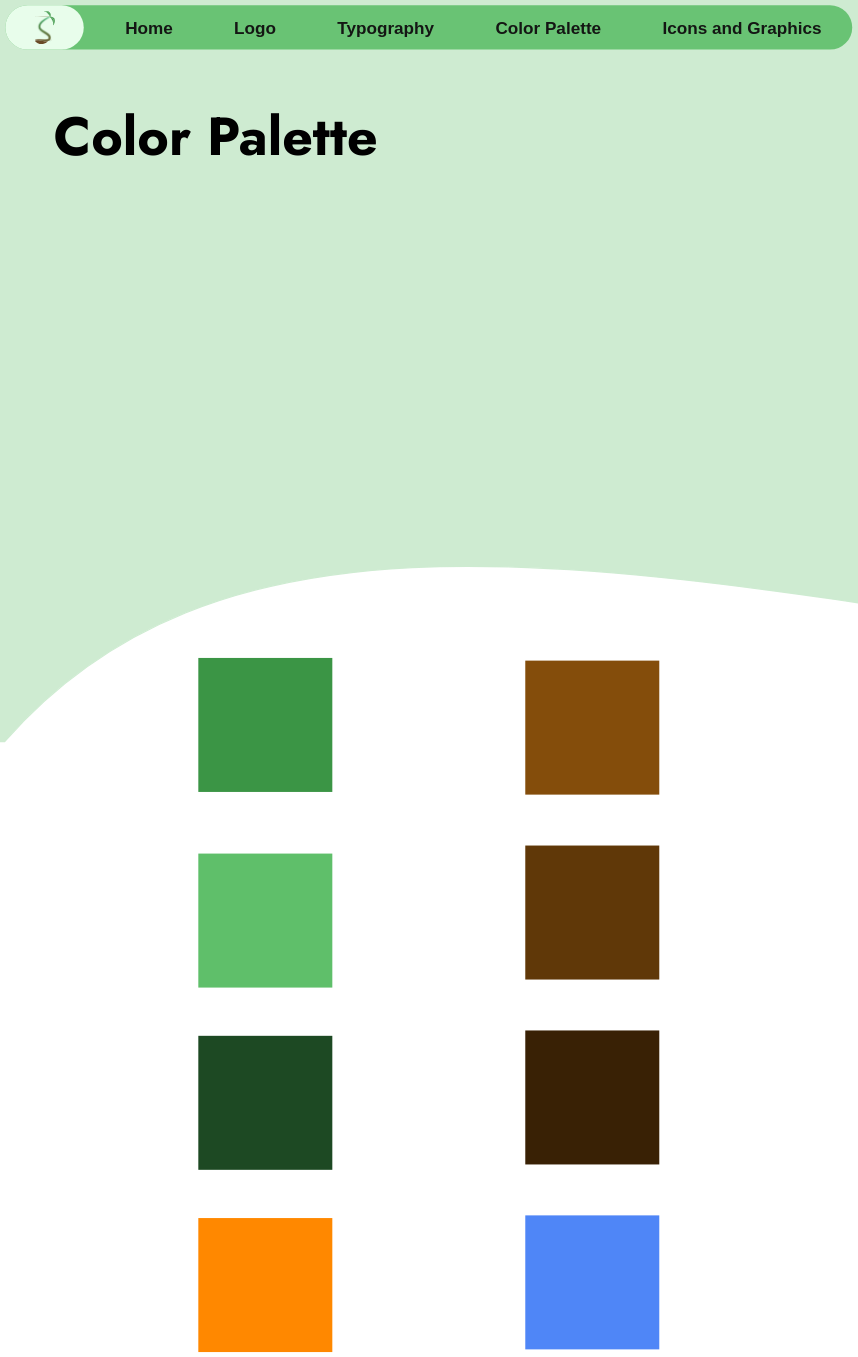
Repository: jjennbui/seedsprout_styleguide
Page: pages/colorPalette.html
An editor plug-in stored every save of this project. The page is shown before and after the next save, followed by the edit.
The browser window is 1280 px wide. The pictures show the whole page, at 67% of full size.
Some web fonts or font styles are not loaded; a fallback is used.

Above is the page before, as saved 2023-03-11 01:02:28.

### pages/colorPalette.html
<!DOCTYPE html>
<html lang="en">

<head>
    <meta charset="UTF-8">
    <meta http-equiv="X-UA-Compatible" content="IE=edge">
    <meta name="viewport" content="width=device-width, initial-scale=1.0">
    <link rel="stylesheet" href="../styles/home.css">
    <title>Document</title>
</head>
<body>

    <header>
        <div class="navBar_container">
            <div class="navBar_logo_container">
                <img src="../public/logo/Logo.svg" width="30" />
            </div>
            <div class="navBar_links_container">
                <a class="navBar_links" href="./index.html">
                    <h1>Home</h1>
                </a>
                <a class="navBar_links" href="./logo.html">
                    <h1>Logo</h1>
                </a>
                <a class="navBar_links" href="./typography.html">
                    <h1>Typography</h1>
                </a>
                <a class="navBar_links" href="./colorPalette.html">
                    <h1>Color Palette</h1>
                </a>
                <a class="navBar_links" href="./iconsAndGraphics.html">
                    <h1>Icons and Graphics</h1>
                </a>
            </div>
        </div>
    </header>

    <div>
        <h1 class="color_text_h1">Color Palette</h1>
    </div>

    <div class="colors-container">
        <div class="left-color-container">
            <div class=" forest-box-size"><div class="color-forestgreen"></div></div>
            <div class="color-mantisgreen"></div>
            <div class="color-calpolygreen"></div>
            <div class="color-darkorange"></div>
        </div>
        <div class="right-color-container">
            <div class="color-chocolate-brown"></div>
            <div class="color-sepia-brown"></div>
            <div class="color-bistre-brown"></div>
            <div class="color-azure-blue"></div>
        </div>

    </div>
</body>
</html>

### styles/home.css
@import url('https://fonts.googleapis.com/css2?family=Jost:ital,wght@0,100;0,200;0,300;0,400;0,500;0,600;0,700;0,800;0,900;1,100;1,200;1,300;1,400;1,500;1,600;1,700;1,800;1,900&display=swap');
@import url('https://fonts.googleapis.com/css2?family=Philosopher:ital,wght@0,400;0,700;1,400;1,700&display=swap');

body {
    background-image: url(../public/background-img/background.svg);
    background-size: cover;
    background-repeat: no-repeat;
    font-family: 'Jost', sans-serif;
    font-size: 16px;
}

/**Colors*/
:root {
    --lightGreen: #EBFFEE;
    --mantisGreen: #5FBF6A;
    --sproutGreen: #3B9545;
    --polyGreen: #1D4923;
    --chocolateBrown: #844D0B;
    --seedBrown: #603808;
    --darkBrown: #392105;
    --vegeOrange: #FF8800;
    --fruitBlue: #4F86F7;
}

/**contains everything in the body*/
.main {
    padding: 3rem;
}

/**First div that holds the entire navBar*/
.navBar_container {
    width: 100%;
    background: var(--mantisGreen);
    opacity: 0.9;
    gap: 1rem;
    margin: 0;
    border-radius: 3rem;
    display: flex;
}

/**container than holds the logo in the navBar*/
.navBar_logo_container {
    display: flex;
    justify-content: center;
    align-items: center;
    background-color: var(--lightGreen);
    border-radius: 3rem;
    padding: 0.5rem;
    width: 8%;
}

/**Container that holds all the links in the navBar*/
.navBar_links_container {
    display: flex;
    align-items: center;
    justify-content: space-around;
    flex-grow: 1;
    flex-wrap: wrap;
}

/**links in the navBar*/
.navBar_links {
    font-family: 'philosopher', sans-serif;
    text-decoration: none;
    color: black;
    font-size: 0.8rem;
}

/**Body Content*/
/**container that holds body content*/
.body_container {
    display: flex;
    justify-content: center;
    align-items: flex-end;
    flex-wrap: wrap;
}

.text_container{
    display: flex;
}
/**contains text*/
.text_content {
    display: flex;
    flex-direction: column;
    justify-content: center;
    align-items: flex-start;
    width: 50vw;
    height: 70vh;
}

/**home text content*/
.home_content_headerOne {
    font-size: 5rem;
    margin: 0;
    line-height: 5.5rem;
}

.home_content_headerFour {
    font-size: 2rem;
    margin-top: 2rem;
    margin-bottom: 0.2rem;
    font-weight: 400;
    color: var(--polyGreen);
    line-height: 2.5rem;
}

.home_content_p {
    font-size: 1rem;
    margin: 0;
}

.body_content_logo_container{
    display: flex;
    flex-direction: column;
    justify-content: flex-start;
}
/**home page logo in body content*/
.body_content_logo {
    width: 22rem;
}

.logo_shadow{
    background-color: black;
    height: 1rem;
    border-radius: 100%;
    opacity: 0.2;
}

/** color-palette style*/

.color-forestgreen{
    height: 200px;
    width: 200px;
    background-color: #3B9545;

}
.color-mantisgreen{
    height: 200px;
    width: 200px;
    background-color:#5FBF6A;
}
.color-calpolygreen{
    height: 200px;
    width: 200px;
    background-color:#1D4923;
}
.color-darkorange{
    height: 200px;
    width: 200px;
    background-color:#FF8800;
}
.color-chocolate-brown{
    height: 200px;
    width: 200px;
    background-color:#844D0B;
}
.color-sepia-brown{
    height: 200px;
    width: 200px;
    background-color:#603808;
}
.color-bistre-brown{
    height: 200px;
    width: 200px;
    background-color:#392105;
}
.color-azure-blue{
    height: 200px;
    width: 200px;
    background-color:#4F86F7;
}
.colors-container{
    display: flex;
    flex-direction: row;
    justify-content: space-evenly;
    margin-top: 100vh;
}
.left-color-container{
    display: flex;
    flex-direction: column;
    justify-content: space-evenly;
    gap: 10vh;
}
.right-color-container{
    display: flex;
    flex-direction: column;
    justify-content: space-evenly;
    gap: 10vh;
}

.color_text_h1 {
    margin-top: 10vh;
    font-size: 5rem;
    margin: 10vh;
}
.forest-box-size{
    height: 220px;
    width: 200px;
    border: 1px #1D4923;
    background-color: white;
}




/**Need to add breaking points for responsiveness*/

/* Mobile */
@media screen and (max-width: 600px) {

    .colors-container{
        display: flex;
        flex-direction: column;
        justify-content:center;
        margin-top: 150vh;
        gap: 10vh;
        margin-left: 20vw;
    }


  }

After the next save:
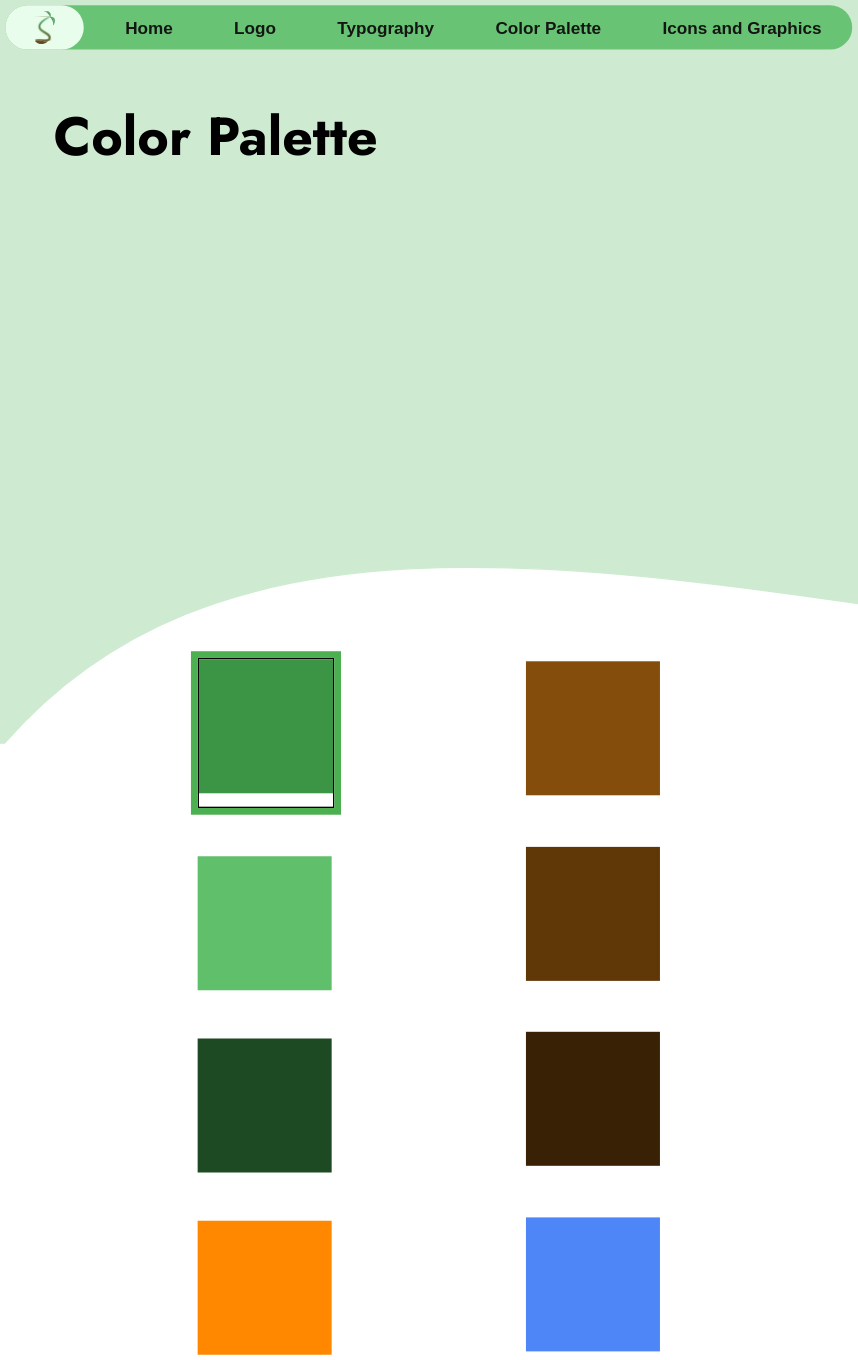
Saved 3 min 9 s later.
--- a/styles/home.css
+++ b/styles/home.css
@@ -196,8 +196,8 @@ body {
 .forest-box-size{
     height: 220px;
     width: 200px;
-    border: 1px #1D4923;
-    background-color: white;
+    border: 2px solid black;
+    outline: #4CAF50 solid 10px;
 }
 
 
